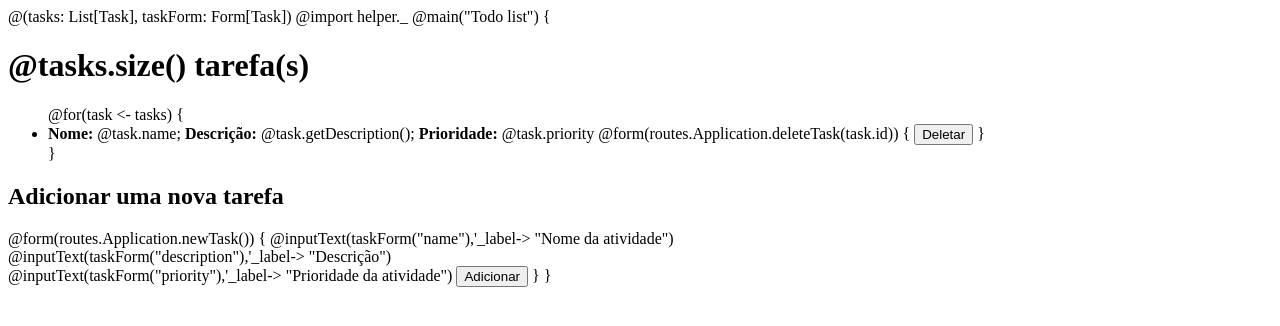
Repository: analuizamtg/si1
Page: lab2/todolist/.target/views/index.scala.html
The author's editor kept a copy of each file at every save. The page is drawn from the files as they stood at one save, then again after the next save.
The browser window is 1280 px wide. The pictures show the whole page.

Above is the page before, as saved 2013-11-26 22:10:25.

After the next save:
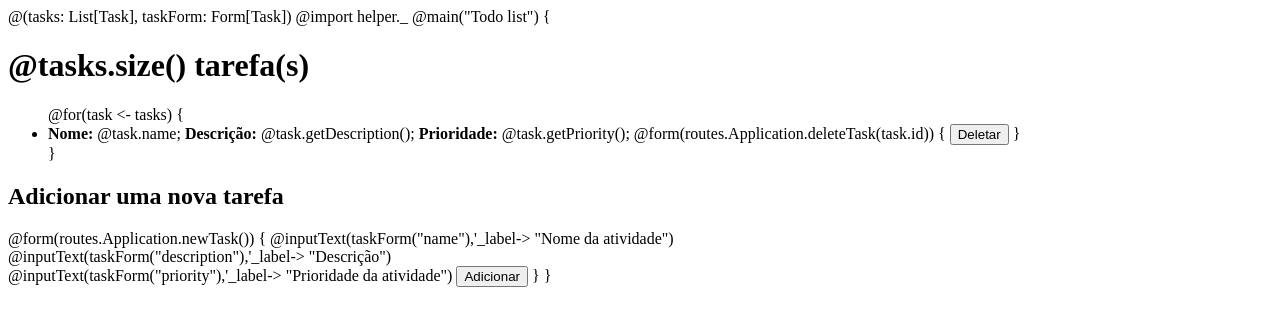
Saved 8 s later.
--- a/lab2/todolist/.target/views/index.scala.html
+++ b/lab2/todolist/.target/views/index.scala.html
@@ -11,7 +11,7 @@
             <li>
                 <b>Nome:</b> @task.name;
                 <b>Descrição:</b>  @task.getDescription();
-                <b>Prioridade:</b> @task.priority
+                <b>Prioridade:</b> @task.getPriority();
 
 
                 @form(routes.Application.deleteTask(task.id)) {
